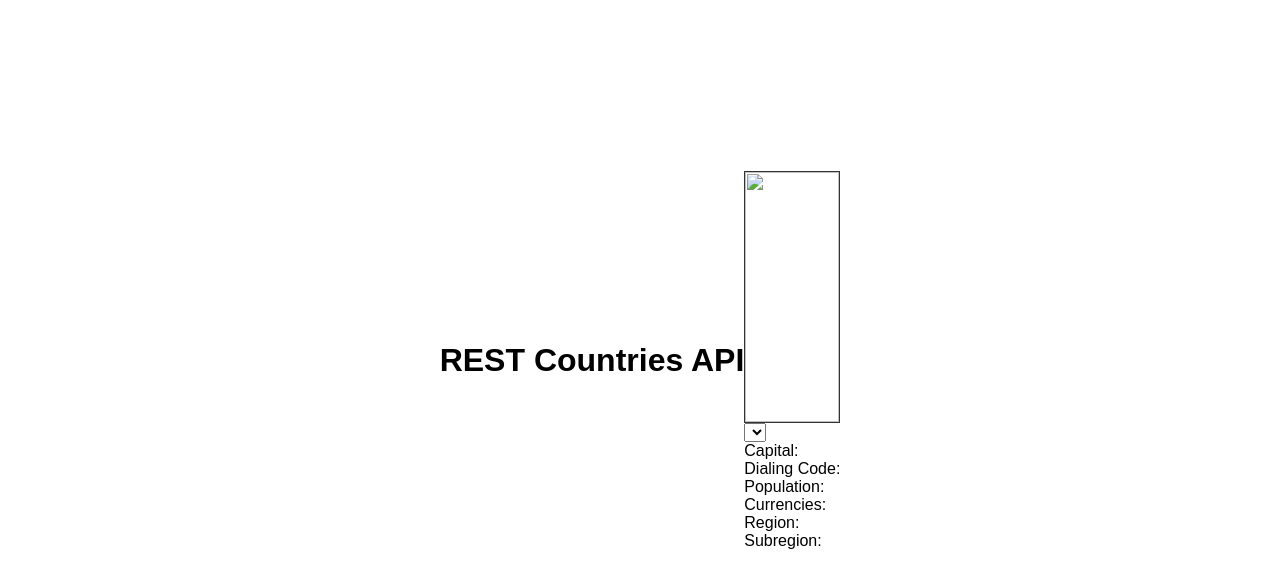
Repository: KhoaTran204/Rest-countries-api-app
Page: index.html
The author's editor kept a copy of each file at every save. The page is drawn from the files as they stood at one save, then again after the next save.
The browser window is 1280 px wide. The pictures show the whole page.
The page's requests for data from a server got no answer.

Above is the page before, as saved 2024-04-14 08:26:49.

### index.html
<!DOCTYPE html>
<html lang="en">
  <head>
    <meta charset="UTF-8" />
    <meta name="viewport" content="width=device-width, initial-scale=1.0" />
    <link rel="stylesheet" href="style.css" />
    <title>Rest Countries API</title>
  </head>
  <body>
    <h1>REST Countries API</h1>
    <div id="main-container">
      <div id="flag-container">
        <img src="" alt="" />
      </div>
      <div id="info-container">
        <select id="countries"></select>
        <p>Capital: <span id="capital"></span></p>
        <p>Dialing Code: <span id="dialing-code"></span></p>
        <p>Population: <span id="population"></span></p>
        <p>Currencies: <span id="currencies"></span></p>
        <p>Region: <span id="region"></span></p>
        <p>Subregion: <span id="subregion"></span></p>
      </div>
    </div>
    <script src="app.js"></script>
  </body>
</html>

### style.css
* {
  margin: 0;
  padding: 0;
  box-sizing: border-box;
}

body {
  font-family: sans-serif;
  height: 100vh;
  display: flex;
  justify-content: center;
  align-items: center;
  background: linear-gradient(
    to top,
    rgba(0, 0, 0, 0.7),
    rgba(0, 0, 0, 0.7),
    url(anh/bando.jpg) no-repeat center/cover
  );
}

#flag-container {
  height: 252px;
  background-color: #fff;
  border: 1px solid #333;
}

#flag-container img {
  display: block;
  width: 100%;
  height: 100%;
}

### app.js
const countrieslist = document.getElementById("countries");
let countries;

countrieslist.addEventListener("change", (event) =>
  displayCountryInfo(event.target.value)
);

// fetch("https://restcountries.com/v2/all")
//   .then(function (res) {
//     console.log(res);
//     return res.json();
//   })
//   .then(function (data) {
//     console.log(data);
//     initialize(data);
//   })
//   .catch(function (err) {
//     console.log("Lỗi: ", err);
//   });
fetch("https://restcountries.com/v2/all").then((res) => {
  res
    .json()
    .then((data) => initialize(data))
    .catch((err) => console.log("Lỗi: ", err));
});
function initialize(countriesData) {
  countries = countriesData;
  let options = "";
  //   for (let i = 0; i < countries.length; i++) {
  //     options += `<option value="${countries[i].alpha3Code}">${countries[i].name}</option>`;
  //   }
  countries.forEach(
    (country) =>
      (options += `<option value="${country.alpha3Code}">${country.name}</option>`)
  );
  //   document.getElementById("countries").innerHTML = options;
  //   document.querySelector("countries").innerHTML = options;
  countrieslist.innerHTML = options;
  countrieslist.selectedIndex = Math.floor(
    Math.random() * countrieslist.length
  );
  displayCountryInfo(countrieslist[countrieslist.selectedIndex].value);
}

function displayCountryInfo(countryByAlpha3Code) {
  const countryData = countries.find(
    (country) => country.alpha3Code === countryByAlpha3Code
  );
  console.log(countryData);
  document.querySelector("#flag-container img").src = countryData.flag;
  document.querySelector(
    "#flag-container img"
  ).alt = `Flag of ${countryData.name}`;
  document.getElementById("capital").innerHTML = countryData.capital;
  document.getElementById(
    "dialing-code"
  ).innerHTML = `+ ${countryData.callingCodes[0]}`;
  document.getElementById("population").innerHTML =
    countryData.population.toLocaleString("en-US");
  document.getElementById("currencies").innerHTML = countryData.currencies
    .filter((c) => c.name)
    .map((c) => `${c.name} (${c.code})`)
    .join(", ");
  document.getElementById("region").innerHTML = countryData.region;
  document.getElementById("subregion").innerHTML = countryData.subregion;
}

After the next save:
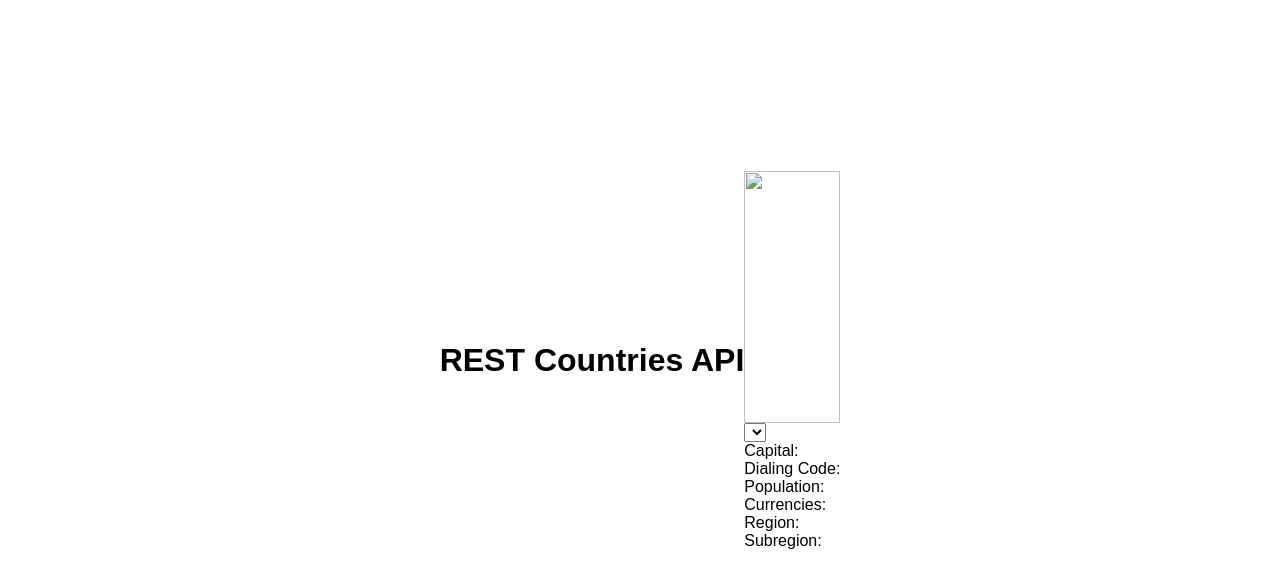
Saved 17 s later.
--- a/style.css
+++ b/style.css
@@ -21,7 +21,6 @@
 #flag-container {
   height: 252px;
   background-color: #fff;
-  border: 1px solid #333;
 }
 
 #flag-container img {

After the save that followed:
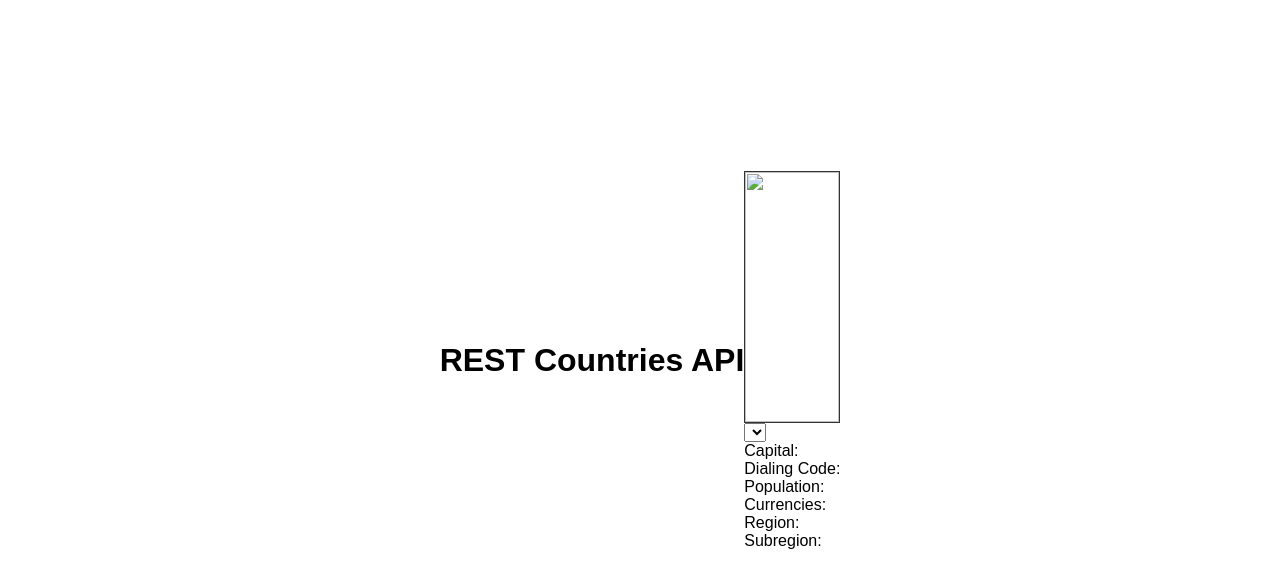
Saved 15 s later.
--- a/style.css
+++ b/style.css
@@ -21,6 +21,7 @@
 #flag-container {
   height: 252px;
   background-color: #fff;
+  border: 1px solid #333;
 }
 
 #flag-container img {
